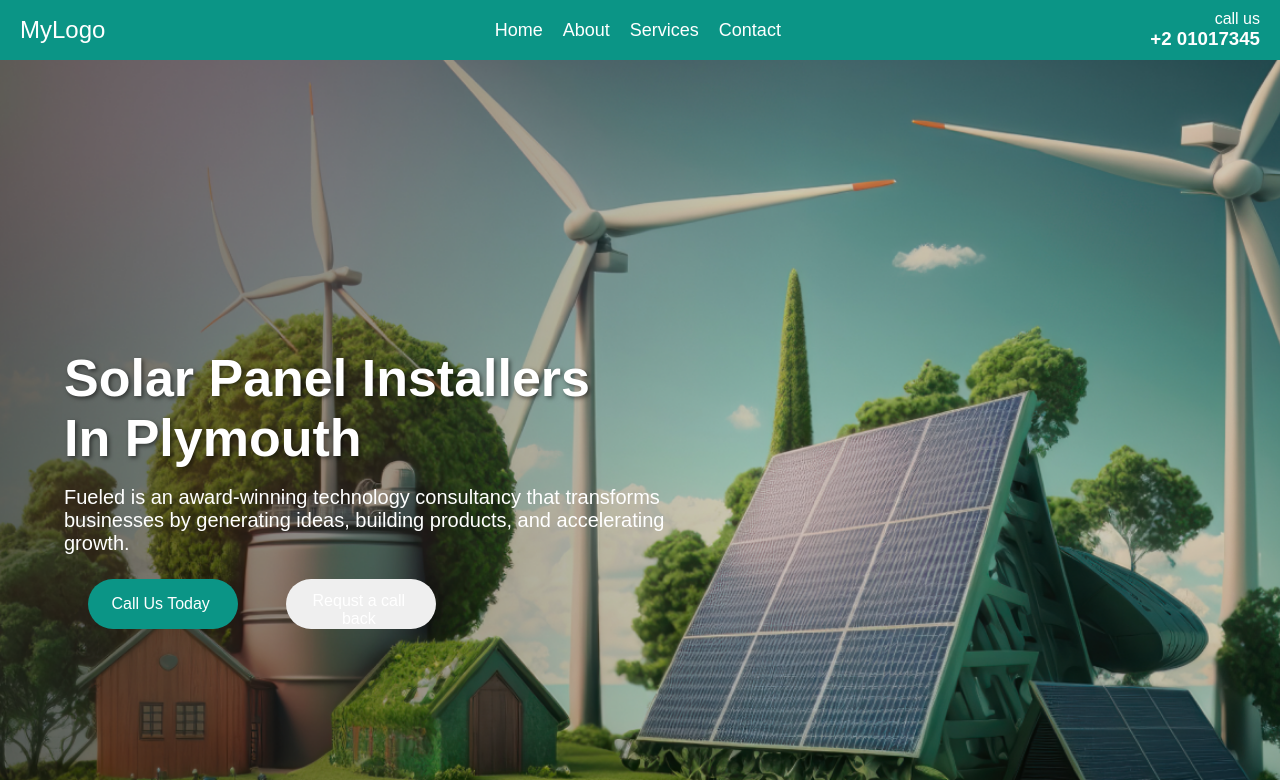
Repository: MaramNabil872/Landing-Page
Page: landingPage.html
An editor plug-in stored every save of this project. The page is shown before and after a run of saves, followed by the edit.
The browser window is 1280 px wide. The pictures show the whole page.

Above is the page before, as saved 2024-10-20 20:46:39.

### landingPage.html
<!DOCTYPE html>
<html lang="en">
    <head>
        <meta charset="UTF-8" />
        <meta name="viewport" content="width=device-width, initial-scale=1.0" />
        <title>Landing Page</title>
        <link rel="stylesheet" href="landingPage.css" />
    </head>
    <body>
        <nav class="navbar">
            <div class="logo">MyLogo</div>

            <ul class="nav-links">
                <li><a href="#home">Home</a></li>
                <li><a href="#about">About</a></li>
                <li><a href="#services">Services</a></li>
                <li><a href="#contact">Contact</a></li>
            </ul>
            <div class="call">
                <p>call us</p>
                <h3>+2 01017345</h3>
            </div>
        </nav>

        <div class="image-container">
            <img
                src="images/solar-panels-meadow 1.png"
                alt="Background Image"
                class="background-image"
            />
            <div class="main-text">
                <h2 class="text-wallpaper">
                    Solar Panel Installers <br />
                    In Plymouth
                </h2>
                <br />
                <p class="text-paragraph">
                    Fueled is an award-winning technology consultancy that
                    transforms <br />
                    businesses by generating ideas, building products, and
                    accelerating<br />
                    growth.
                </p>
                <div class="button-container">
                <button class="button-wallpaper1">Call Us Today</button>
                <button class="button-wallpaper2">Requst a call back</button>
            </div>
            </div>
        </div>
    </body>
</html>

### landingPage.css
* {
    margin: 0;
    padding: 0;
    box-sizing: border-box; /* Added for consistent sizing */
}

body {
    font-family: Arial, sans-serif;
}

.navbar {
    background-color: #0b9586;
    display: flex;
    justify-content: space-between;
    align-items: center;
    padding: 10px 20px;
    position: relative;
    flex-wrap: wrap; /* Allow items to wrap on smaller screens */
}

.logo {
    color: #fff;
    font-size: 24px;
}

.nav-links {
    list-style: none;
    display: flex;
    flex-wrap: wrap; /* Allow links to wrap on smaller screens */
}

.nav-links li {
    margin-left: 20px;
}

.nav-links a {
    text-decoration: none;
    color: white;
    font-size: 18px;
    transition: color 0.3s;
}

.nav-links a:hover {
    color: #f0a500;
}

.call {
    color: #fff;
    text-align: right; /* Align text to the right */
}

.image-container {
    position: relative;
    width: 100%;
    height: 100vh; /* Full screen height */
    overflow: hidden; /* Hide overflow */
}

.background-image {
    width: 100%;
    height: 100%;
    object-fit: cover; /* Ensure the image covers the entire container */
}
.main-text{
    position: absolute;
    top: 40%;
    left:5%;
}
.text-wallpaper {


    color: white;
    font-size: 52px;
    font-weight: bold;
    text-shadow: 2px 2px 4px rgba(0, 0, 0, 0.5);
}
.text-paragraph{
    color: white;
    font-size:  20px;

}
.button-container{
    display: flex;
}
.button-wallpaper1 {
    background-color: #0b9586;
    color: white;
    border: none;
    border-radius: 20em;
    padding: 0.8em 1.5em 0.8em 1.2em;
    width: 25%;
    margin: 4%;
    height: 50px;
    font-size: 16px;
    cursor: pointer;
    align-items: center;

}
.button-wallpaper2 {
    background-color: #background: #FFBB1C;
    ;
    color: white;
    border: none;
    border-radius: 20em;
    padding: 0.8em 1.5em 0.8em 1.2em;
    width: 25%;
    margin: 4%;
    height: 50px;
    font-size: 16px;
    cursor: pointer;
    align-items: center;

}


/* Media Queries for Responsiveness */
@media (max-width: 768px) {
    .navbar {
        flex-direction: column; /* Stack items vertically */
        align-items: flex-start; /* Align items to the left */
    }

    .nav-links {
        margin-top: 10px; /* Space between navbar and links */
    }

    .nav-links li {
        margin-left: 0;
        margin-bottom: 10px; /* Space between links */
    }

    .text-overlay {
        font-size: 1.5rem; /* Smaller text size for mobile */
    }
}

@media (max-width: 480px) {
    .text-overlay {
        font-size: 1.2rem; /* Even smaller text size for very small screens */
    }

    .call h3 {
        font-size: 1.2rem; /* Adjust call size for small screens */
    }
}

After the next 2 saves:
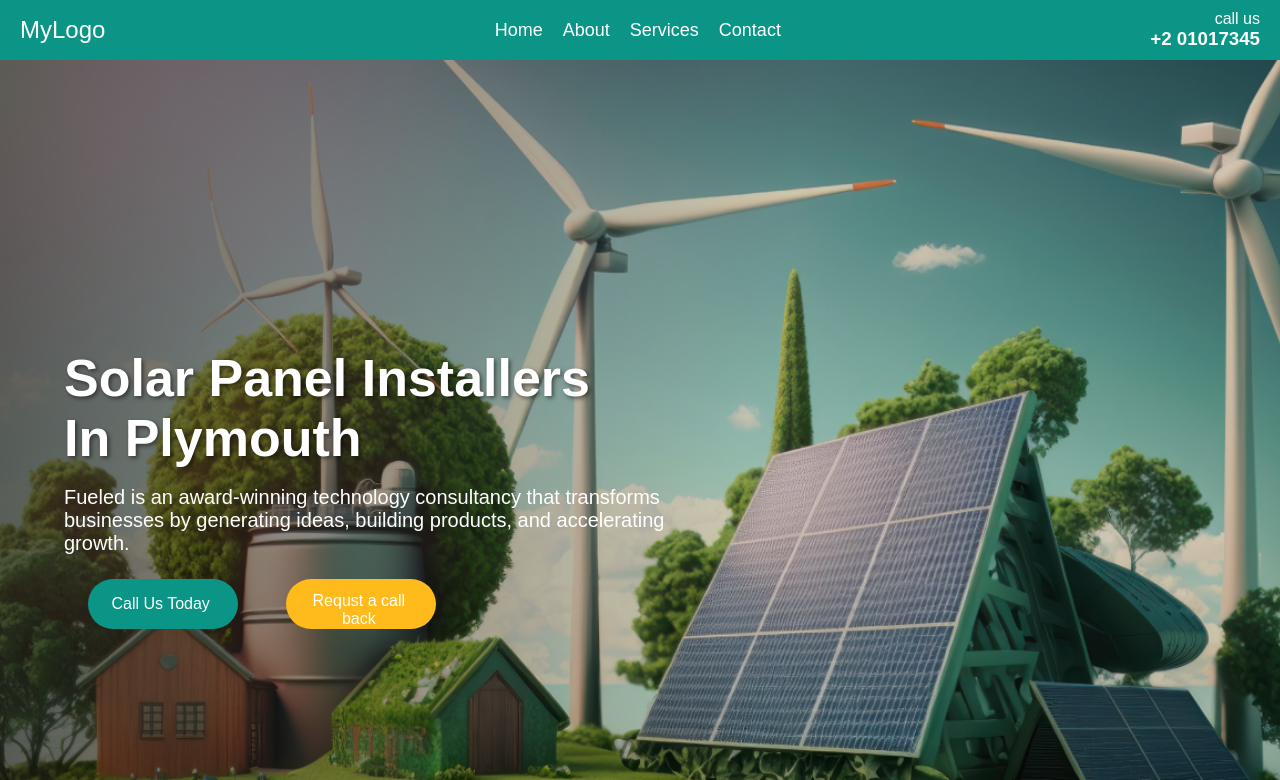
The 2 saves are shown as one change because they came seconds apart.
The last was saved 5 s later.
--- a/landingPage.css
+++ b/landingPage.css
@@ -97,7 +97,7 @@ body {
 
 }
 .button-wallpaper2 {
-    background-color: #background: #FFBB1C;
+    background-color:  #FFBB1C;
     ;
     color: white;
     border: none;
